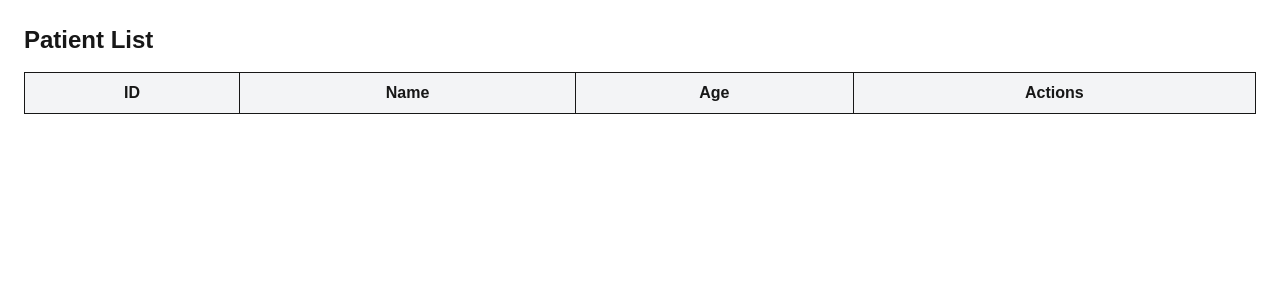
Repository: DangerCR7/patient-crud-app
Page: /patients (app in patient-crud-ui/)
These files come from the project's save history. The page is drawn as it stood at one moment and after the next save; the edit follows.
The browser window is 1280 px wide. The pictures show the whole page.
The page's requests for data from a server got no answer. The project was rebuilt for these pictures with package versions that can differ from the ones it lists, and the page was loaded fresh each time. The framework's server and built-in components were replaced by stand-ins that run in the browser. No one was signed in, and anything a server would have sent is missing. Also part of the build but not shown: patient-crud-ui/next.config.mjs.

Above is the page before, as saved 2025-07-14 20:12:09.

### patient-crud-ui/src/app/patients/page.js
'use client';
import React, { useEffect, useState } from 'react';

export default function PatientsList() {
  const [patients, setPatients] = useState([]);

  const fetchPatients = async () => {
    const res = await fetch('http://localhost:8080/api/patients');
    const data = await res.json();
    setPatients(data);
  };

  const handleDelete = async (id) => {
    await fetch(`http://localhost:8080/api/patients/${id}`, { method: 'DELETE' });
    fetchPatients();
  };

  useEffect(() => {
    fetchPatients();
  }, []);

  return (
    <div className="p-6">
      <h1 className="text-2xl font-bold mb-4">Patient List</h1>
      <table className="table-auto w-full border-collapse border">
        <thead>
          <tr className="bg-gray-100">
            <th className="border px-4 py-2">ID</th>
            <th className="border px-4 py-2">Name</th>
            <th className="border px-4 py-2">Age</th>
            <th className="border px-4 py-2">Actions</th>
          </tr>
        </thead>
        <tbody>
          {patients.map((p) => (
            <tr key={p.id}>
              <td className="border px-4 py-2">{p.id}</td>
              <td className="border px-4 py-2">{p.name}</td>
              <td className="border px-4 py-2">{p.age}</td>
              <td className="border px-4 py-2">
                <button onClick={() => handleDelete(p.id)} className="bg-red-500 text-white px-2 py-1 rounded">Delete</button>
              </td>
            </tr>
          ))}
        </tbody>
      </table>
    </div>
  );
}

Loaded but not shown: patient-crud-ui/src/app/layout.js (common file); patient-crud-ui/src/app/globals.css (common file)

After the next save:
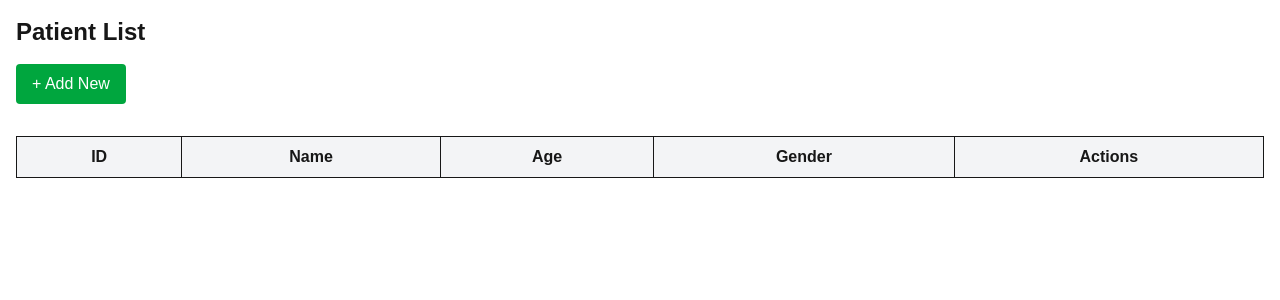
Saved 5 min 32 s later.
--- a/patient-crud-ui/src/app/patients/page.js
+++ b/patient-crud-ui/src/app/patients/page.js
@@ -1,33 +1,36 @@
 'use client';
-import React, { useEffect, useState } from 'react';
+
+import { useEffect, useState } from 'react';
+import Link from 'next/link';
 
 export default function PatientsList() {
   const [patients, setPatients] = useState([]);
 
-  const fetchPatients = async () => {
-    const res = await fetch('http://localhost:8080/api/patients');
-    const data = await res.json();
-    setPatients(data);
+  useEffect(() => {
+    fetch('http://localhost:8080/api/patients')
+      .then((res) => res.json())
+      .then((data) => setPatients(data));
+  }, []);
+
+  const handleDelete = async (id) => {
+    const confirm = window.confirm('Delete this patient?');
+    if (!confirm) return;
+
+    await fetch(`http://localhost:8080/api/patients/${id}`, { method: 'DELETE' });
+    setPatients(patients.filter(p => p.id !== id));
   };
 
-  const handleDelete = async (id) => {
-    await fetch(`http://localhost:8080/api/patients/${id}`, { method: 'DELETE' });
-    fetchPatients();
-  };
-
-  useEffect(() => {
-    fetchPatients();
-  }, []);
-
   return (
-    <div className="p-6">
+    <div className="container mx-auto p-4">
       <h1 className="text-2xl font-bold mb-4">Patient List</h1>
-      <table className="table-auto w-full border-collapse border">
+      <Link href="/patient-form" className="bg-green-600 text-white px-4 py-2 rounded mb-4 inline-block">+ Add New</Link>
+      <table className="table-auto w-full border-collapse border border-gray-300 mt-4">
         <thead>
           <tr className="bg-gray-100">
             <th className="border px-4 py-2">ID</th>
             <th className="border px-4 py-2">Name</th>
             <th className="border px-4 py-2">Age</th>
+            <th className="border px-4 py-2">Gender</th>
             <th className="border px-4 py-2">Actions</th>
           </tr>
         </thead>
@@ -37,7 +40,11 @@ export default function PatientsList() {
               <td className="border px-4 py-2">{p.id}</td>
               <td className="border px-4 py-2">{p.name}</td>
               <td className="border px-4 py-2">{p.age}</td>
-              <td className="border px-4 py-2">
+              <td className="border px-4 py-2">{p.gender}</td>
+              <td className="border px-4 py-2 space-x-2">
+                <Link href={`/patient-form?id=${p.id}`}>
+                  <button className="bg-blue-500 text-white px-2 py-1 rounded">Edit</button>
+                </Link>
                 <button onClick={() => handleDelete(p.id)} className="bg-red-500 text-white px-2 py-1 rounded">Delete</button>
               </td>
             </tr>
